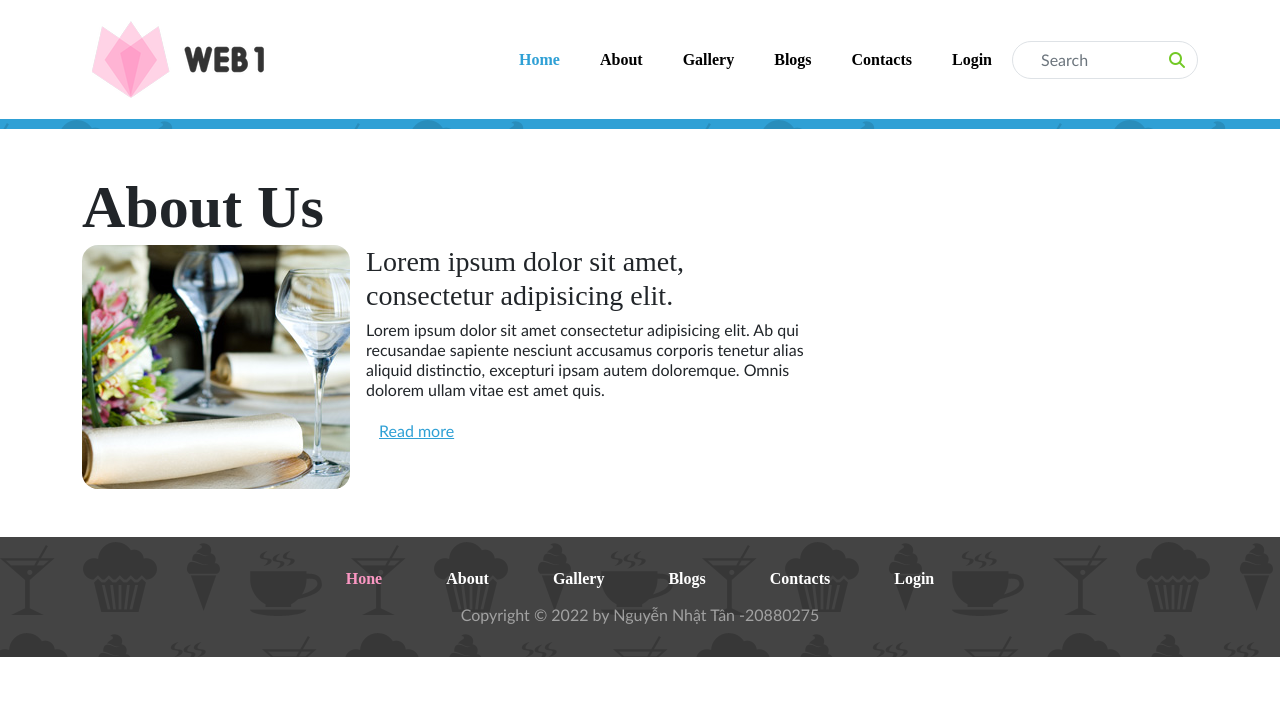
Repository: carembanhkem/web1-20880275
Page: about.html
An editor plug-in stored every save of this project. The page is shown before and after the next save, followed by the edit.
The browser window is 1280 px wide. The pictures show the whole page.
Some web fonts or font styles are not loaded; a fallback is used. Some web libraries are served in a nearby version.

Above is the page before, as saved 2023-02-06 11:16:16.
Console error: ReferenceError: bootstrap is not defined

After the next save:
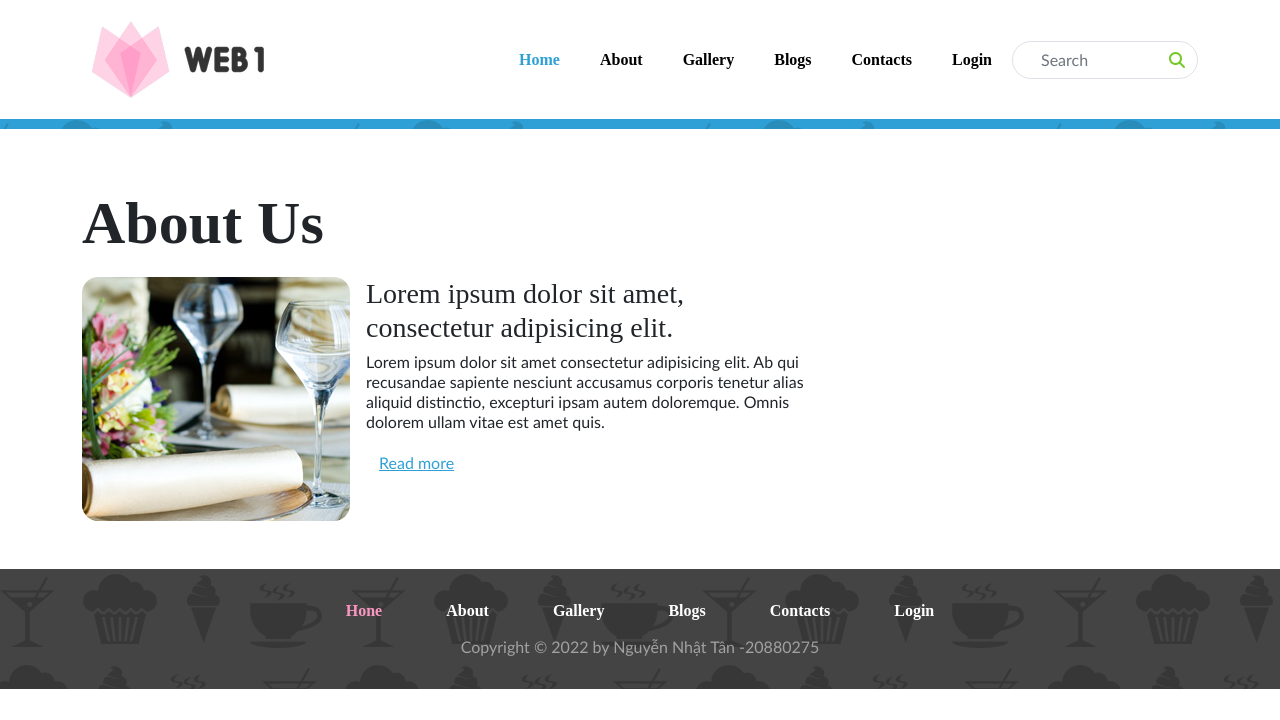
Saved 5 s later.
--- a/about.html
+++ b/about.html
@@ -64,7 +64,7 @@
     <section class="container py-5">
         <div class="row">
             <div class="col-8">
-                <h1 class="">About Us</h1>
+                <h1 class="py-3">About Us</h1>
                 <div>
                     <img src="images/about-1.jpg" alt="About us" class="float-start rounded-4 me-3">
                     <h3>Lorem ipsum dolor sit amet, consectetur adipisicing elit.</h3>
